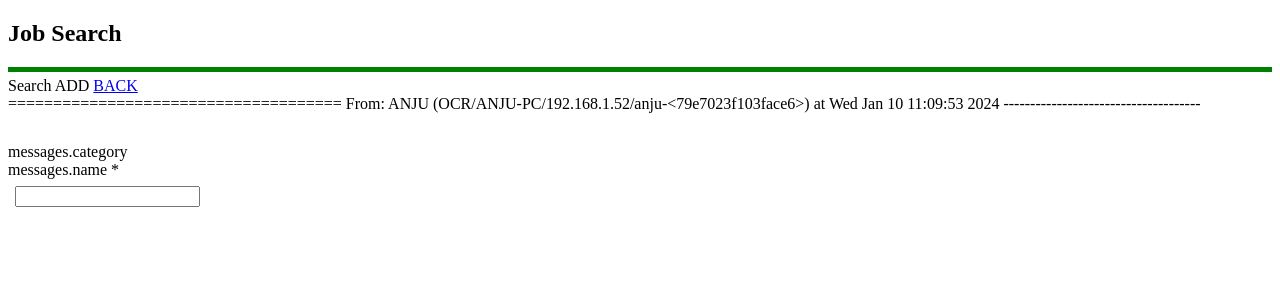
Repository: anvarhaseeb/jobPortalSystem
Page: http://localhost/public_html/Search.jsp
These files come from the project's save history. The page is drawn as it stood at one moment and after the next save; the edit follows.
The browser window is 1280 px wide. The pictures show the whole page.
The page is served by Tomcat 9.

Above is the page before, as saved 2024-01-10 05:43:53.

After the next save:
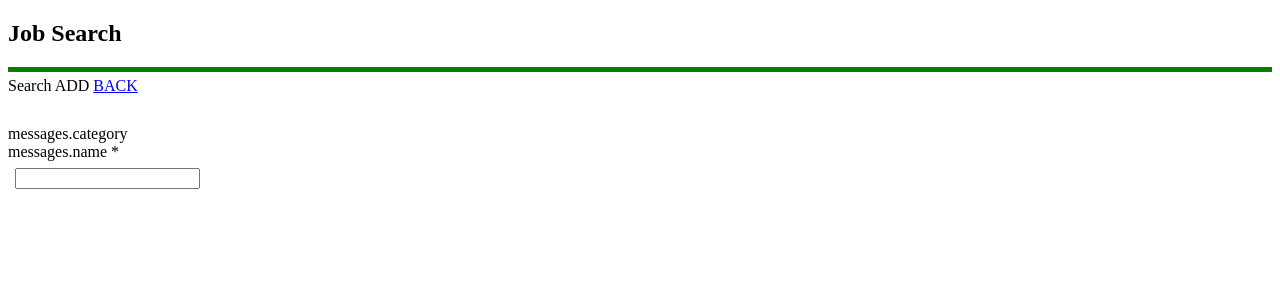
Saved 4 s later.
--- a/JOB/public_html/Search.jsp
+++ b/JOB/public_html/Search.jsp
@@ -37,10 +37,7 @@ Search.jsp :- the jsp for to search the job  -->
 		<div class="row">
 			        <s:form onsubmit="searchJob() ; return false" id="searchForm" class="d-flex"
                 method="post">
-               =====================================
- From: ANJU (OCR/ANJU-PC/192.168.1.52/anju-<79e7023f103face6>)
-  at Wed Jan 10 11:09:53 2024
--------------------------------------
+
 <div class="form-group row">
                                 <div style="width: 150px; padding-top: 30px;"
                                         class="col-sm-3 col-form-label">
